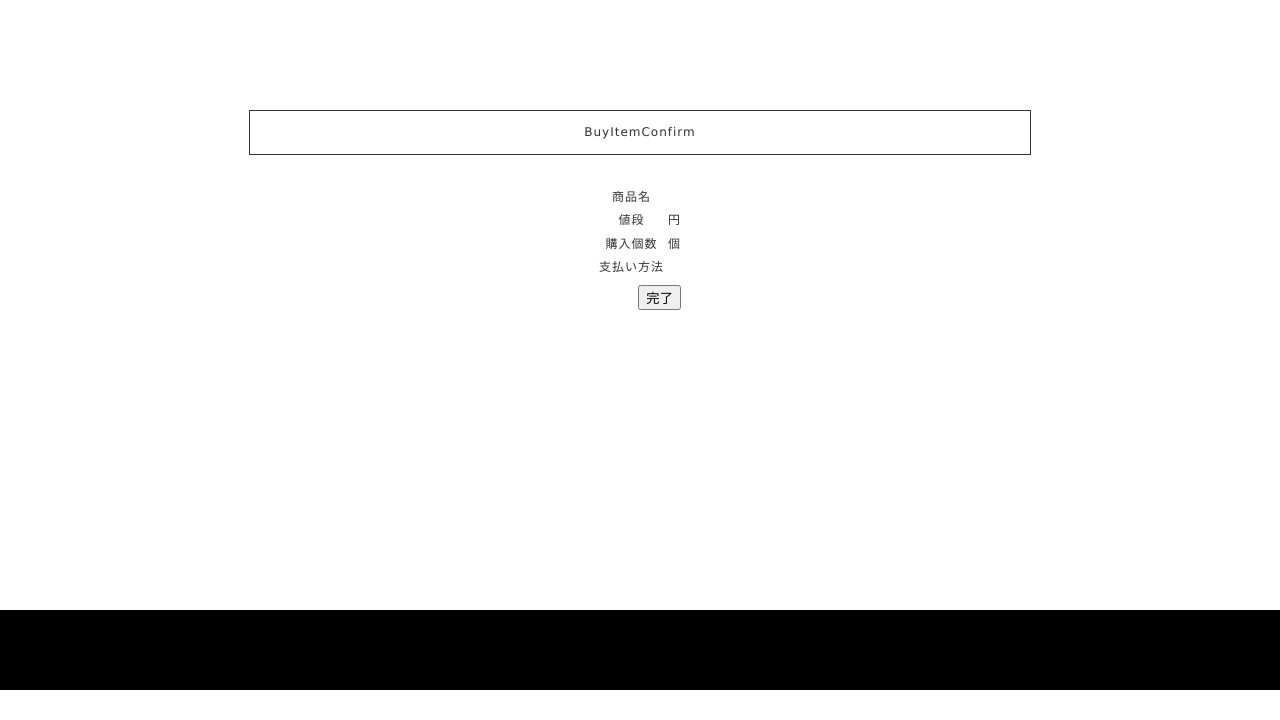
Repository: hiroki811/test
Page: http://localhost/template/buyitemConfirm.jsp
The author's editor kept a copy of each file at every save. The page is drawn from the files as they stood at one save, then again after the next save.
The browser window is 1280 px wide. The pictures show the whole page.
The page is served by Tomcat 9.

Above is the page before, as saved 2018-04-19 07:31:56.

After the next save:
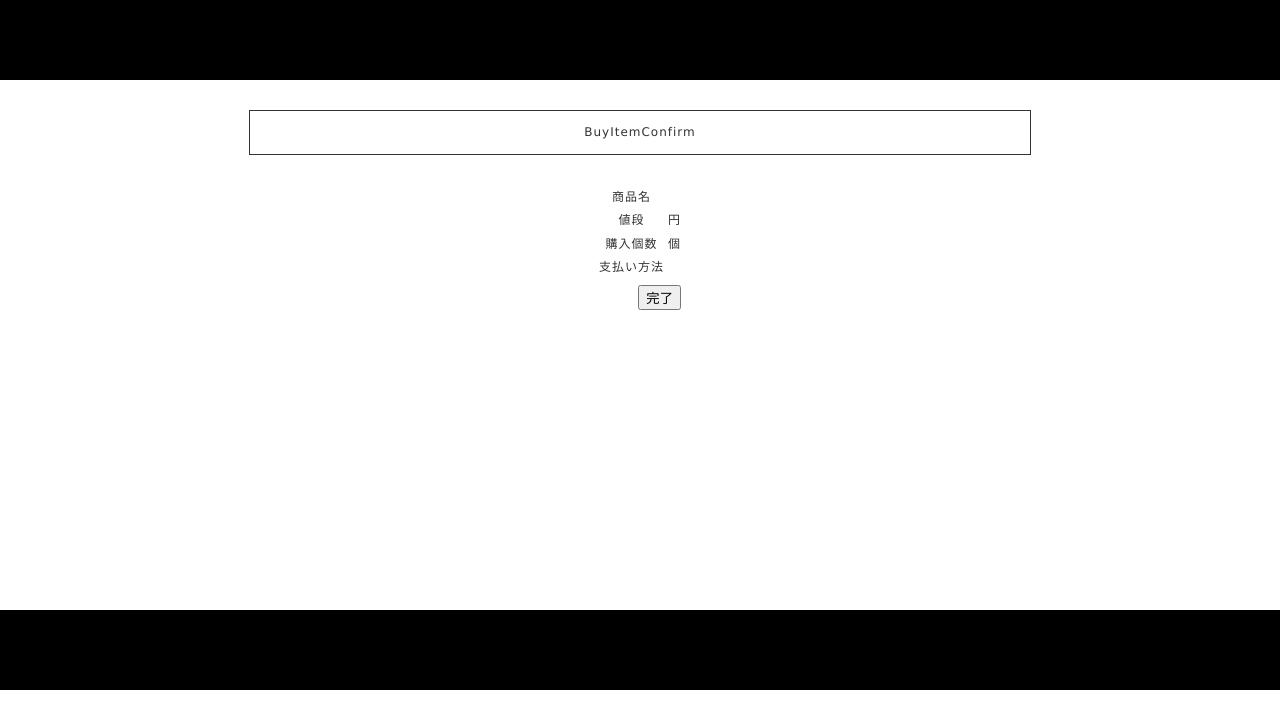
Saved 51 s later.
--- a/template/WebContent/buyitemConfirm.jsp
+++ b/template/WebContent/buyitemConfirm.jsp
@@ -41,7 +41,7 @@
     #header{
     width:100%;
     height:80px;
-    background-color;black;
+    background-color:black;
     }
 
     #main{
